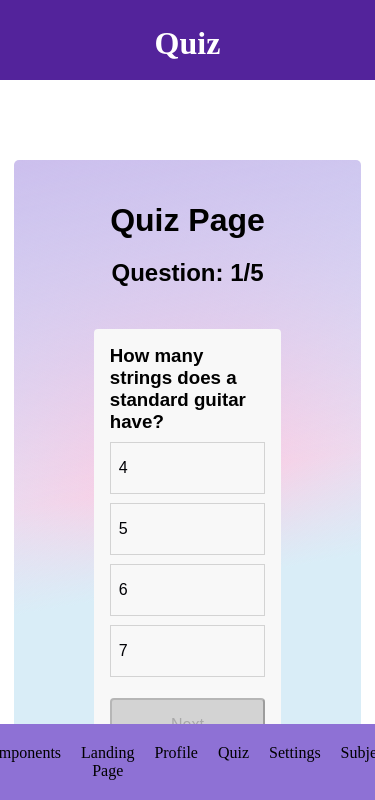
Repository: 1medi/pocketprof
Page: /quiz/page
The author's editor kept a copy of each file at every save. The page is drawn from the files as they stood at one save, then again after the next save.
The browser window is 375 px wide. The pictures show the whole page.
The project was rebuilt for these pictures with package versions that can differ from the ones it lists, and the page was loaded fresh each time. The framework's server and built-in components were replaced by stand-ins that run in the browser. Also part of the build but not shown: next.config.mjs, Components/Buttons/Oscar/Oscar.module.css, Components/Buttons/Oscar/index.js.

Above is the page before, as saved 2024-04-13 19:23:43.

After the next save:
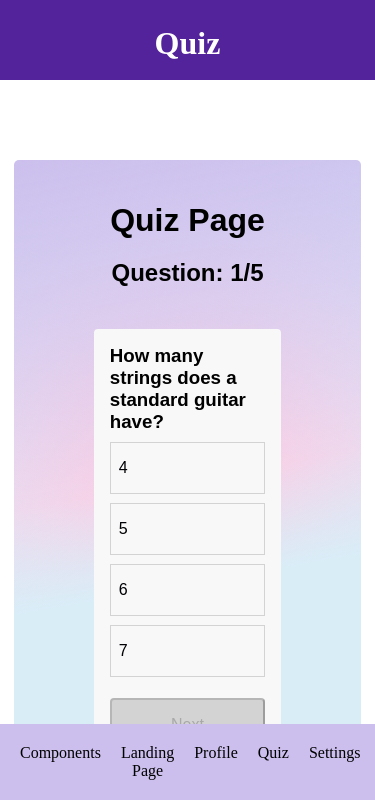
Saved 19 s later.
--- a/Components/Navbar/Navbar.module.css
+++ b/Components/Navbar/Navbar.module.css
@@ -1,15 +1,20 @@
-.nav {
+@media only screen and (max-width:430px) {
+  .nav {
   position: fixed;
   bottom: 0;
   left: 0;
-  max-width: 430px;
   width: 100%;
   display: flex;
   flex-direction: row;
-  background-color:#8E71D5;
-  justify-content: center;
+  background-color:var(--main-color-lightpurple);
+  justify-content: space-around;
 }
 
+.navContainer{
+  position: relative;
+  justify-content: space-around;
+  width: 100%;
+}
 .buttonContainer{
   padding:10px;
 
@@ -19,7 +24,7 @@
   display: flex;
   flex-direction: row;
   text-align: center;
-  justify-content: center;
+  justify-content: space-around;
   padding: 10px;
   text-decoration: none;
 }
@@ -29,10 +34,12 @@
   border-radius: 10px;
   text-decoration: none;
   list-style: none;
+  position: relative;
+  justify-content: center;
 }
 
-.navLink:hover{
-  background-color: #CCBFED;
+.image:hover{
+  background-color: #8b82a4;
 }
 
 .navText{
@@ -46,3 +53,4 @@
   list-style: none;
   color: black;
 }
+}
